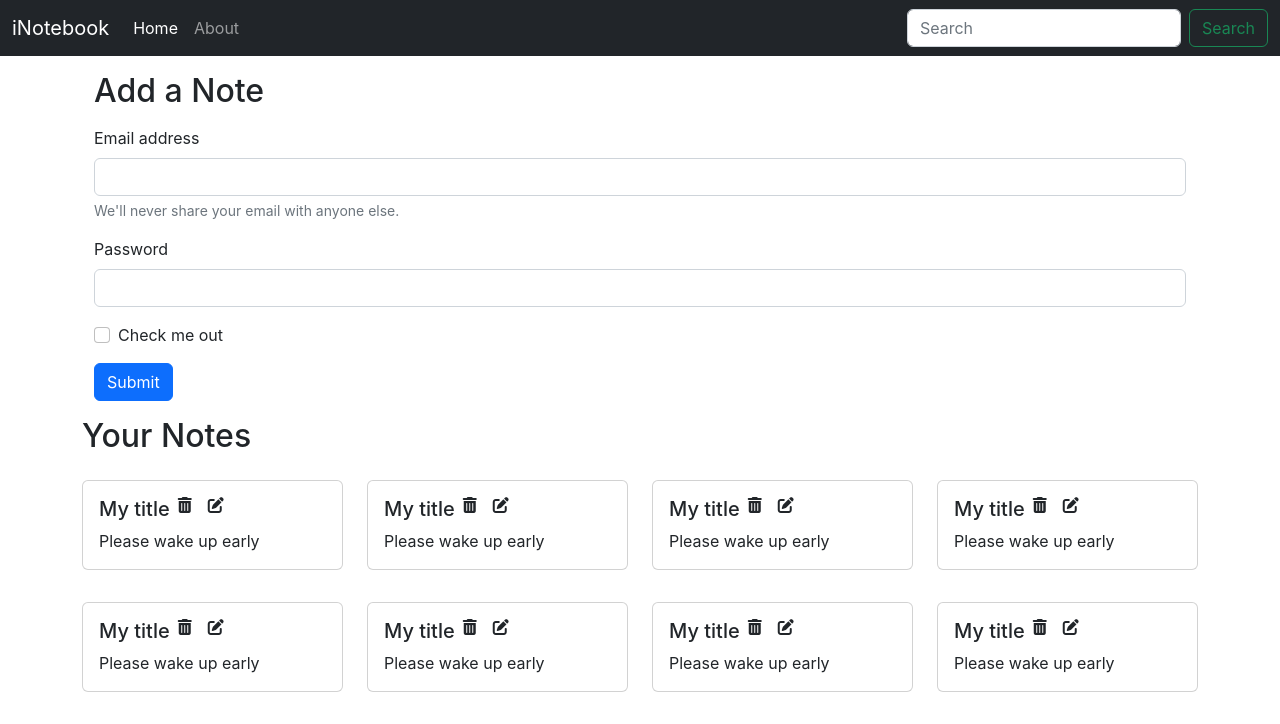
Repository: SatishPatil108/iNotebook-React
Page: /
The author's editor kept a copy of each file at every save. The page is drawn from the files as they stood at one save, then again after the next save.
The browser window is 1280 px wide. The pictures show the whole page.
Some web libraries are served in a nearby version. The project was rebuilt for these pictures with package versions that can differ from the ones it lists, and the page was loaded fresh each time. Also part of the build but not shown: src/App.css, src/components/About.js.

Above is the page before, as saved 2022-07-24 18:39:19.

After the next save:
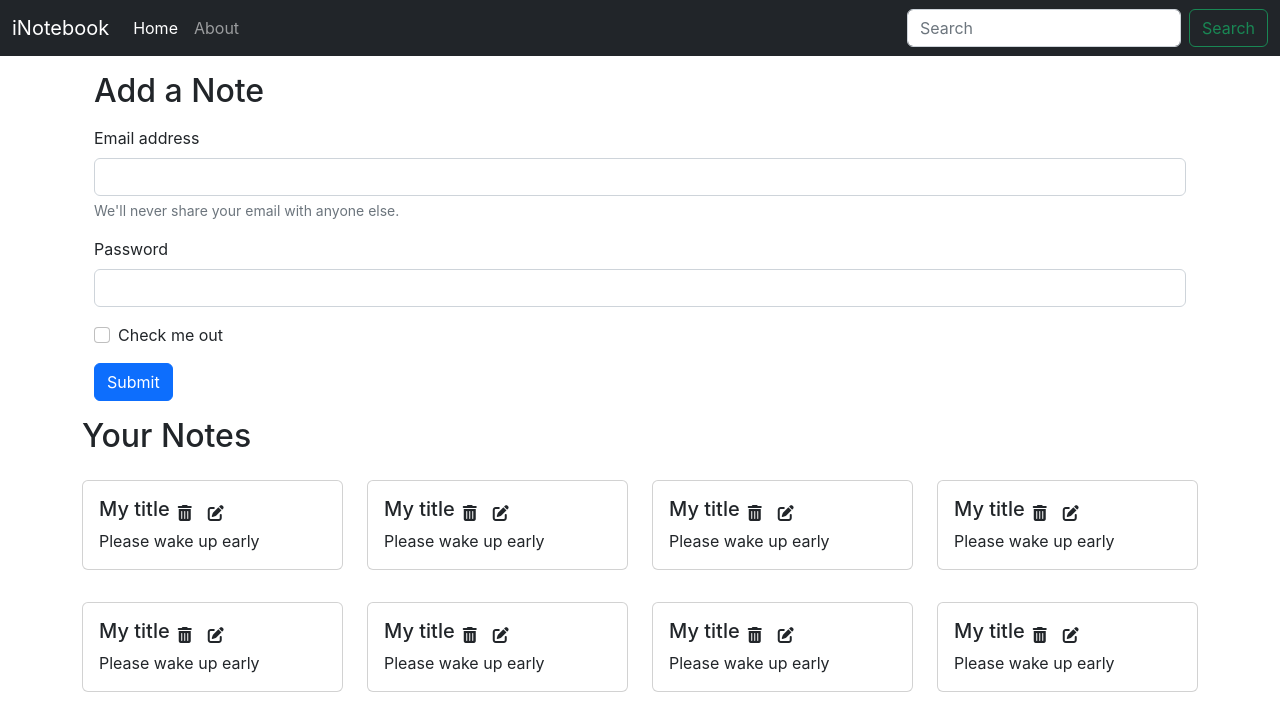
Saved 26 s later.
--- a/src/components/Noteitem.js
+++ b/src/components/Noteitem.js
@@ -6,7 +6,7 @@
         <div className='col-md-3'>
             <div className="card my-3">
                 <div className="card-body">
-                    <div className="d-flex align-item-center">
+                    <div className="d-flex align-items-center">
                         <h5 className="card-title">{note.title}</h5>
                         <i className="fa-solid fa-trash-can mx-2"></i>
                         <i className="fa-solid fa-pen-to-square mx-2"></i>
